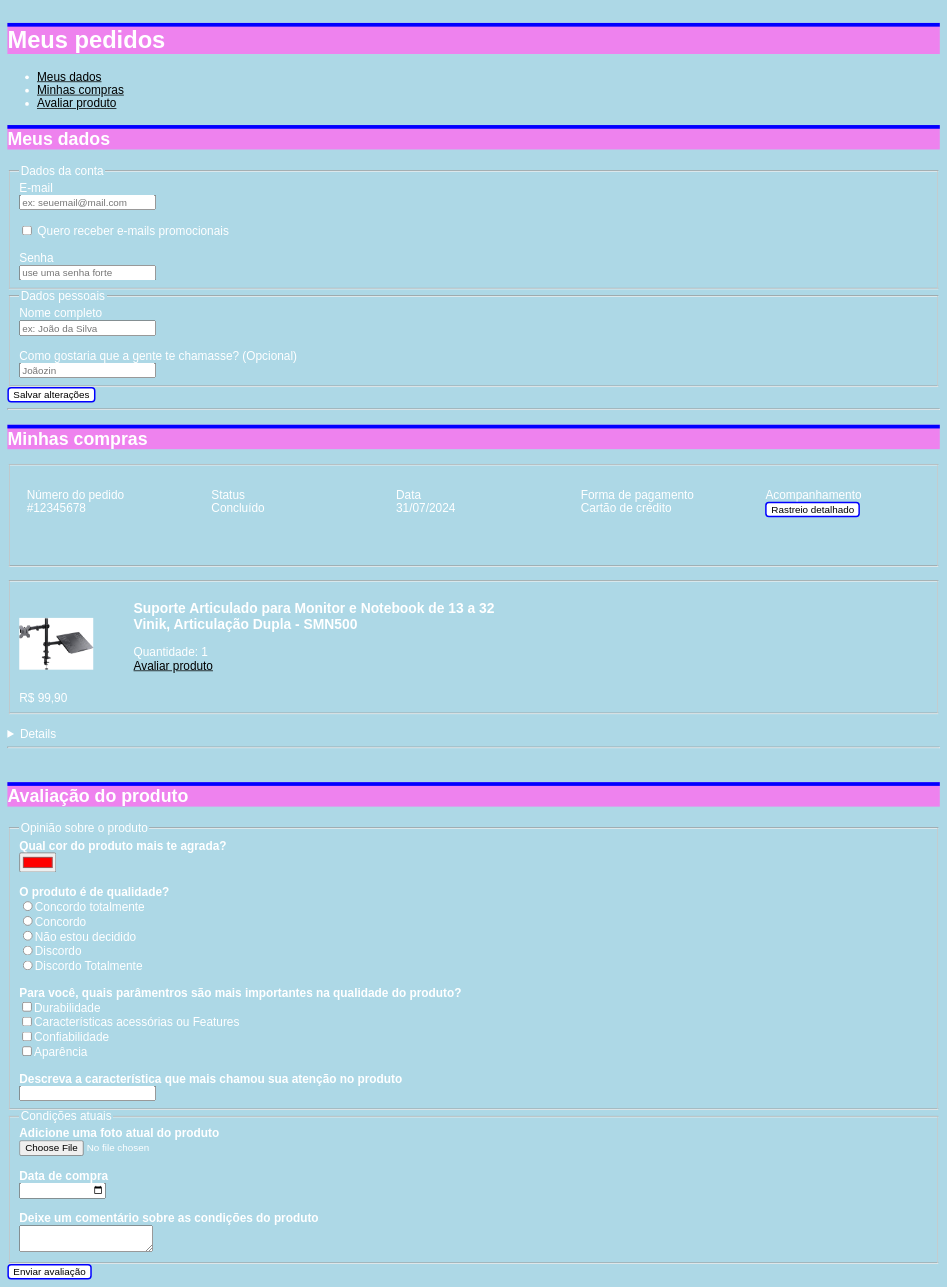
Repository: claudemir-camargo/site-compras
Page: index.html
The author's editor kept a copy of each file at every save. The page is drawn from the files as they stood at one save, then again after the next save.
The browser window is 1280 px wide. The pictures show the whole page, at 74% of full size.

Above is the page before, as saved 2024-03-10 01:15:39.

### index.html
<!DOCTYPE html>
<html lang="en">

<head>
    <meta charset="UTF-8">
    <meta name="viewport" content="width=device-width, initial-scale=1.0">
    <link rel="stylesheet" type="text/css" href="css/style.css" />
    <title>Site de Compras</title>
</head>

<body>
    <h1>Meus pedidos</h1>
    <ul>
        <li><a href="#meus-dados">Meus dados</a></li>
        <li><a href="#minhas-compras">Minhas compras</a></li>
        <li><a href="#avaliacao-produto">Avaliar produto</a></li>
    </ul>
    <h2 id="meus-dados">Meus dados</h2>
    <!-- Conta -->
    <fieldset>
        <legend>Dados da conta</legend>
        <form>
            <label>E-mail</label><br>
            <input type="email" id="email" name="email" placeholder="ex: seuemail@mail.com"><br><br>
            <input type="checkbox">
            <label>Quero receber e-mails promocionais</label><br><br>
            <label>Senha</label><br>
            <input type="password" placeholder="use uma senha forte">
        </form>
    </fieldset>
    <!-- Pessoais -->
    <fieldset>
        <legend>Dados pessoais</legend>
        <form>
            <label>Nome completo</label><br>
            <input type="text" placeholder="ex: João da Silva"><br><br>
            <label>Como gostaria que a gente te chamasse? (Opcional) </label><br>
            <input type="text" placeholder="Joãozin">
        </form>
    </fieldset>
    <button type="button">Salvar alterações</button>
    <hr>
    <!-- Minhas compras -->
    <h2 id="minhas-compras">Minhas compras</h2>
    <fieldset>
        <div class="container">
            <div id="div1">
                <p>Número do pedido<br>#12345678</p>
            </div>
            <div id="div2">
                <p>Status<br>Concluído</p>
            </div>
            <div id="div3">
                <p>Data<br>31/07/2024</p>
            </div>
            <div id="div4">
                <p>Forma de pagamento<br>Cartão de crédito</p>
            </div>
            <div id="div5">
                <p>Acompanhamento<br><a href="#rastreioModal"><button>Rastreio detalhado</button></a></p>
            </div>
        </div>
    </fieldset>
    <div id="rastreioModal" class="modal">
        <h2>Rastreio detalhado</h2>
        <p>Seu pedido foi entregue com sucesso!<br>
            Entregue por: GFL<br>
            Código de rasteeio: 123456789<br>
            Entregue em: 31/07/2024<br>
        </p>
        <a href="#">Fechar</a>
    </div>

    <!-- Produto -->
    <br>
    <fieldset>
        <div class="container1">
            <div class="imagem"><img src="img/suporte.jpg" alt="Suporte"></div>
        <div class="produto">
            <h3>
                <p>Suporte Articulado para Monitor e Notebook de 13 a 32 Vinik,
                    Articulação Dupla - SMN500</p>
            </h3>
            Quantidade: 1<br>
            <a href="#avaliacao-produto">Avaliar produto</a><br>
        </div>
        <div class="preco">R$ 99,90</div>
        </div>
    </fieldset>
    <br>
    <details tag="Detalhes de Envio e Pagamento">
        <p></p>
        <strong>Endereço de entrega</strong><br>
        Avenida Estelita Falcão<br>
        Número 12, Centro<br>
        CEP 48170-970 - Itapetininga/São Paulo
        <br><br>
        <strong>Forma de Pagamento</strong><br>
        Cartão de crédito<br>
        Master Card **** **** **** 1234<br>
        Titular: Claudemir Camargo
        <br><br>
        <strong>Frete</strong>
        R$ 15,50<br>
        Enviado por GFL<br>
        Entregue
    </details>
    <hr>
    <br>
    <form>
        <h2 id="avaliacao-produto">Avaliação do produto</h2>
        <fieldset>
            <legend>Opinião sobre o produto</legend>
            <label><strong>Qual cor do produto mais te agrada?</strong></label><br>
            <input type="color" value="#ff0000"><br><br>
            <label><strong>O produto é de qualidade?</strong></label><br>
            <input type="radio" name="qualidade"><label>Concordo totalmente</label><br>
            <input type="radio" name="qualidade"><label>Concordo</label><br>
            <input type="radio" name="qualidade"><label>Não estou decidido</label><br>
            <input type="radio" name="qualidade"><label></label>Discordo</label><br>
            <input type="radio" name="qualidade"><label></label>Discordo Totalmente</label>
            <br><br>
            <label><strong>Para você, quais parâmentros são mais importantes na qualidade do
                    produto?</strong></label><br>
            <input type="checkbox"><label>Durabilidade</label><br>
            <input type="checkbox"><label>Características acessórias ou Features</label><br>
            <input type="checkbox"><label>Confiabilidade</label><br>
            <input type="checkbox"><label>Aparência</label>
            <br><br>
            <label><strong>Descreva a característica que mais chamou sua atenção no produto</strong></label><br>
            <input list="browsers" name="browser" id="browser">
            <datalist id="browsers">
                <option value="Cor">
                <option value="Tamanho">
                <option value="Peso">
                <option value="Material">
            </datalist>
        </fieldset>
        <fieldset>
            <legend>Condições atuais</legend>
            <label><strong>Adicione uma foto atual do produto</strong></label><br>
            <input type="file">
            <br><br>
            <label><strong>Data de compra</strong></label><br>
            <input type="date">
            <br><br>
            <label><strong>Deixe um comentário sobre as condições do produto</strong></label><br>
            <textarea name="comentario"></textarea>
        </fieldset>
        <button type="button">Enviar avaliação</button>
    </form>
</body>

</html>

### css/style.css
* {
    font-family: Arial, Helvetica, sans-serif;
    color: white;
}

a {
    font-family: Arial, Helvetica, sans-serif;
    color: black;
}

h1, h2 {
    border-top: 5px solid blue;
    background-color: violet;
}

img {
    height: 70px;
    width: 100px;
}

body{
    background-color: lightblue;
    margin: 5px;
    padding: 5px;
}

button {
    background-color:white;
    border: 2px solid blue;
    border-radius: 5px;
    font-family: Arial, Helvetica, sans-serif;
    color: black;

}

.container {
    display: flex;
    gap: 20px;
}

#div1, #div2, #div3, #div4, #div5 {
    flex: 1;
    width: 100px;
    height: 100px;
    display: inline-block;
    padding: 10px;
}

.container1 {
    display: inline-block;
    /*gap: 33px;*/
}

#imagem, #produto, #preco {
    flex: 1;
    display: inline;
    padding: 10px;
}

.imagem {
    width: 150px;
    height: 100px;
    display: inline-block;
}

.produto {
    width: 500px;
    height: 100px;
    display: inline-block;
}

.modal {
    display: none;
    position: fixed;
    top: 50%;
    left: 50%;
    transform: translate(-50%, -50%);
    background-color: #f9f9f9;
    padding: 20px;
    border: 1px solid #ccc;
    box-shadow: 0 2px 10px rgba(0, 0, 0, 0.1);
    z-index: 1000;
}

.modal:target {
    display: block;
}

After the next save:
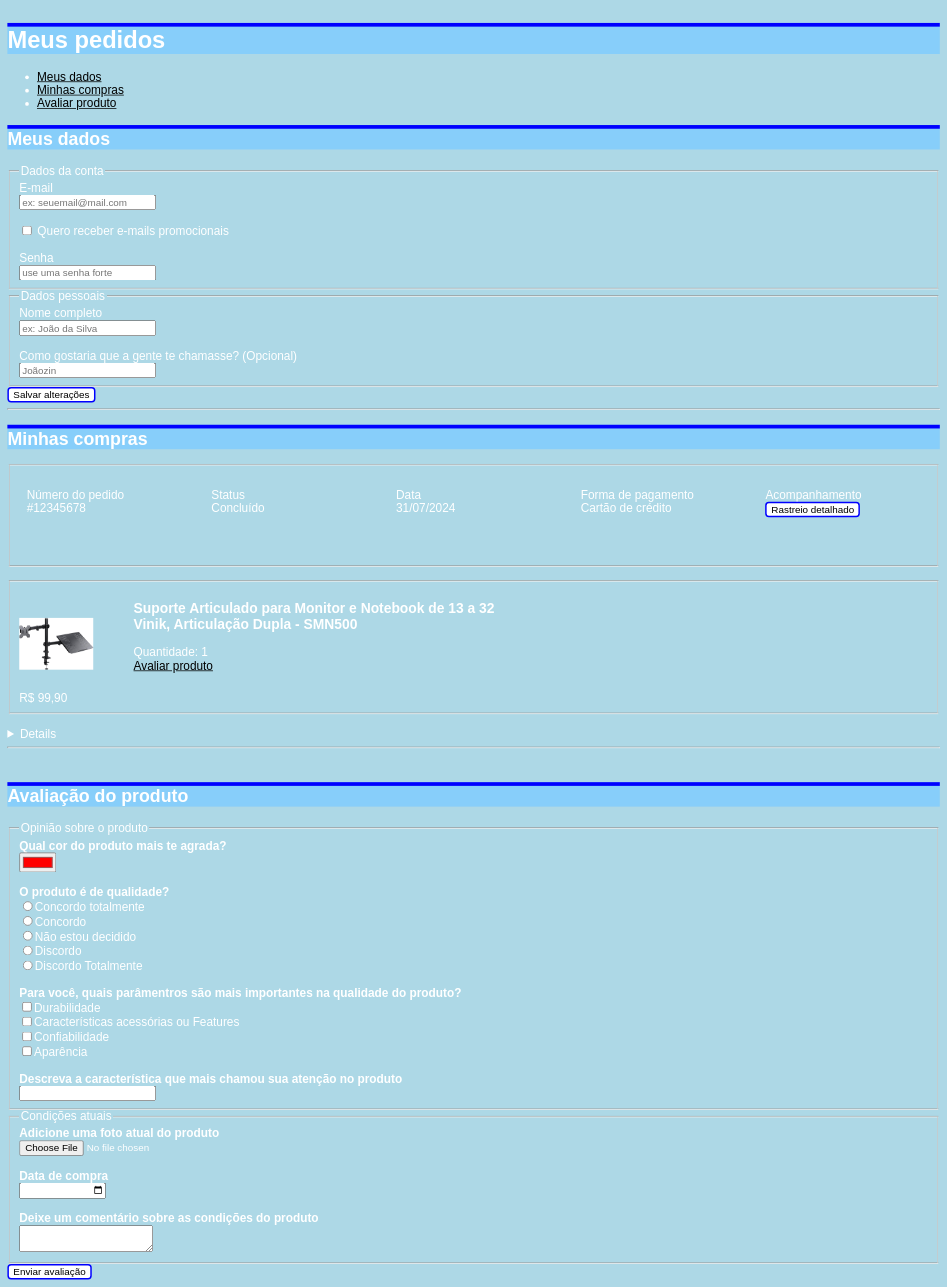
Saved 10 s later.
--- a/css/style.css
+++ b/css/style.css
@@ -10,7 +10,7 @@ a {
 
 h1, h2 {
     border-top: 5px solid blue;
-    background-color: violet;
+    background-color: lightskyblue;
 }
 
 img {
